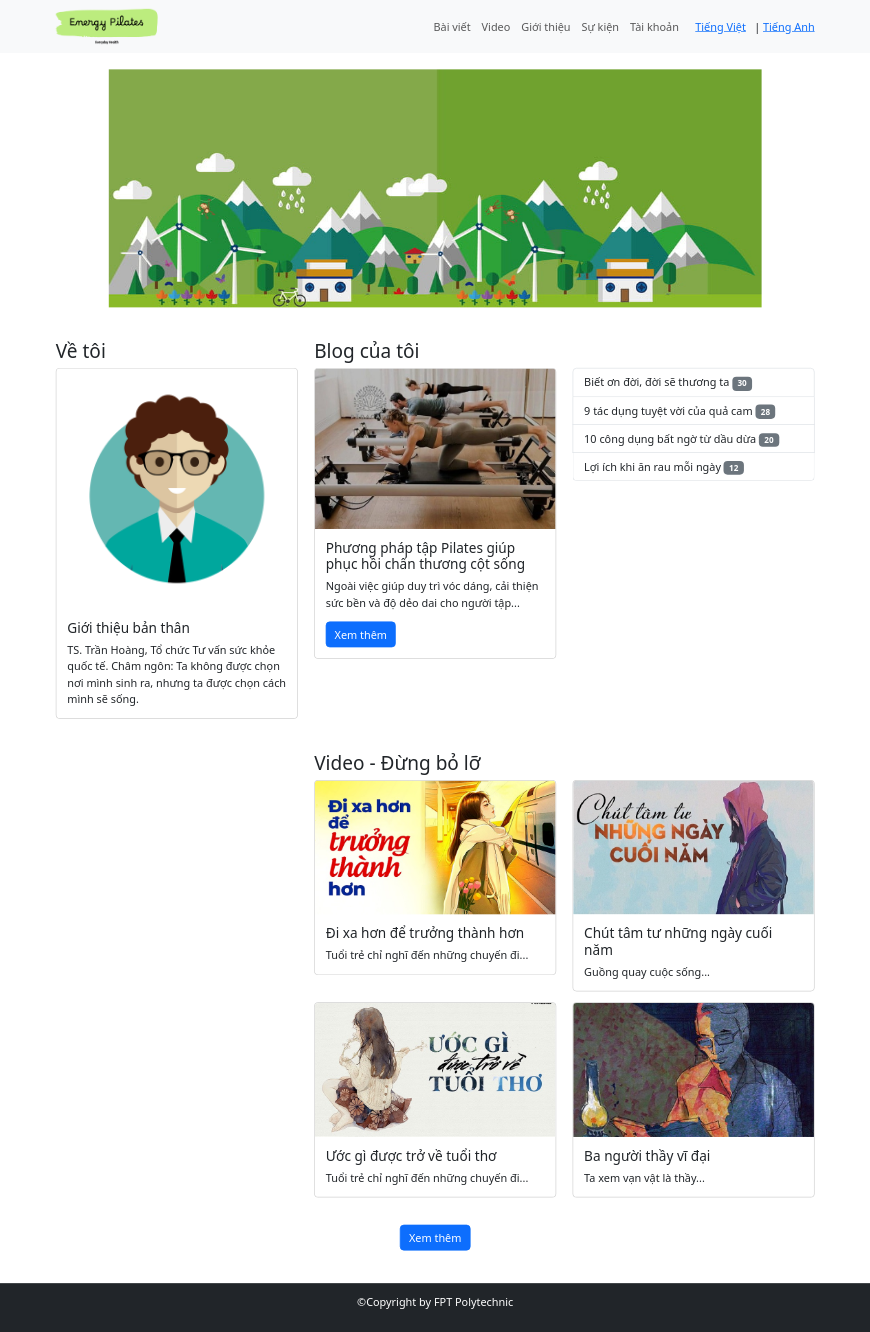
Repository: KizukoHeiwa/SOF308
Page: Lab3/index.html
These files come from the project's save history. The page is drawn as it stood at one moment and after the next save; the edit follows.
The browser window is 1280 px wide. The pictures show the whole page, at 68% of full size.

Above is the page before, as saved 2024-11-07 11:17:24.

After the next save:
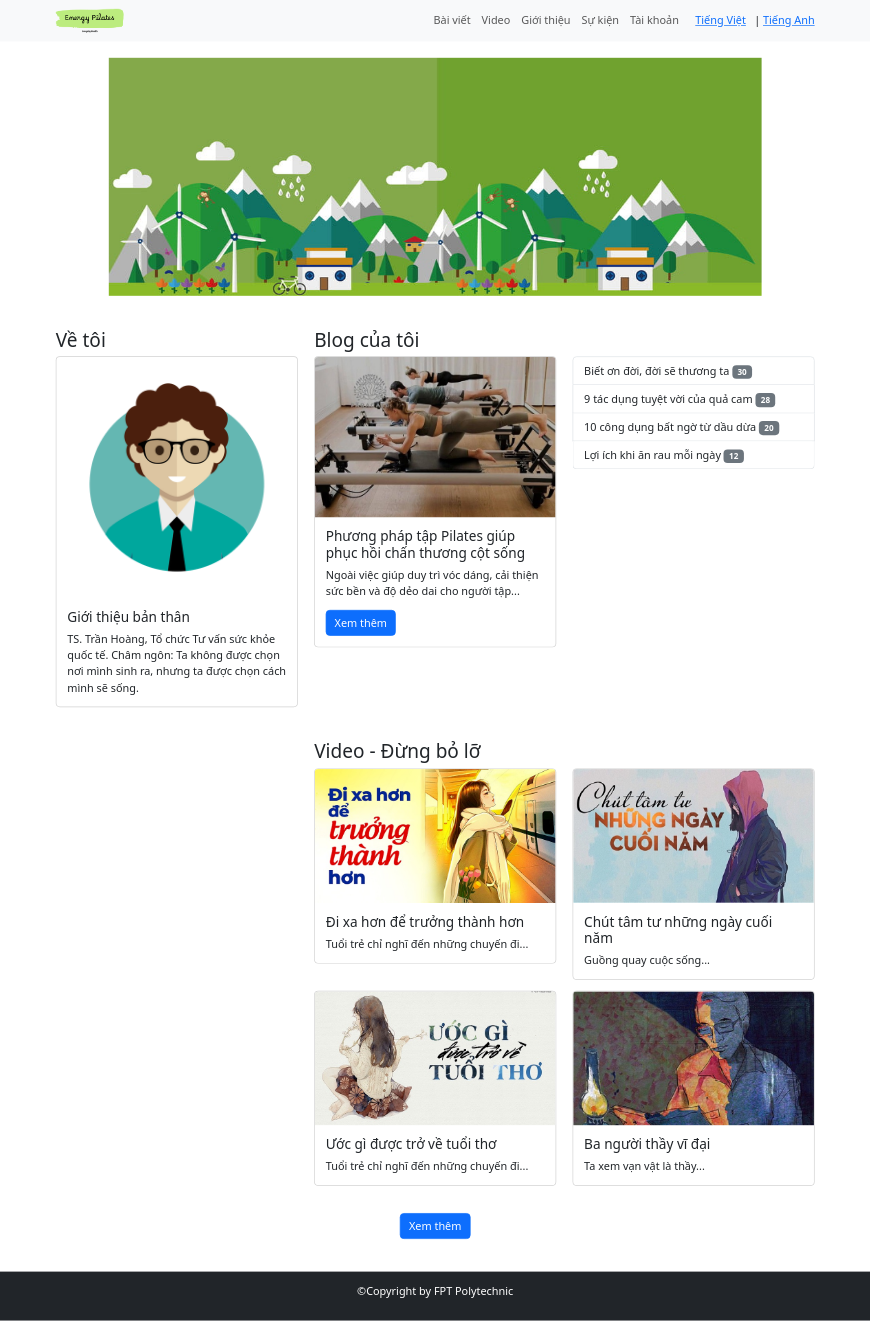
Saved 15 s later.
--- a/Lab3/index.html
+++ b/Lab3/index.html
@@ -13,7 +13,7 @@
     <!-- Navbar -->
     <nav class="navbar navbar-expand-lg navbar-light bg-light">
       <div class="container">
-        <a class="navbar-brand" href="#"><img src="images/logo-energy-pilates.png" alt="logo" width="150px"></a>
+        <a class="navbar-brand" href="#"><img src="images/logo-energy-pilates.png" alt="logo" width="100px"></a>
         <button class="navbar-toggler" type="button" data-bs-toggle="collapse" data-bs-target="#navbarNav" aria-controls="navbarNav" aria-expanded="false" aria-label="Toggle navigation">
           <span class="navbar-toggler-icon"></span>
         </button>

After the 3 saves that followed:
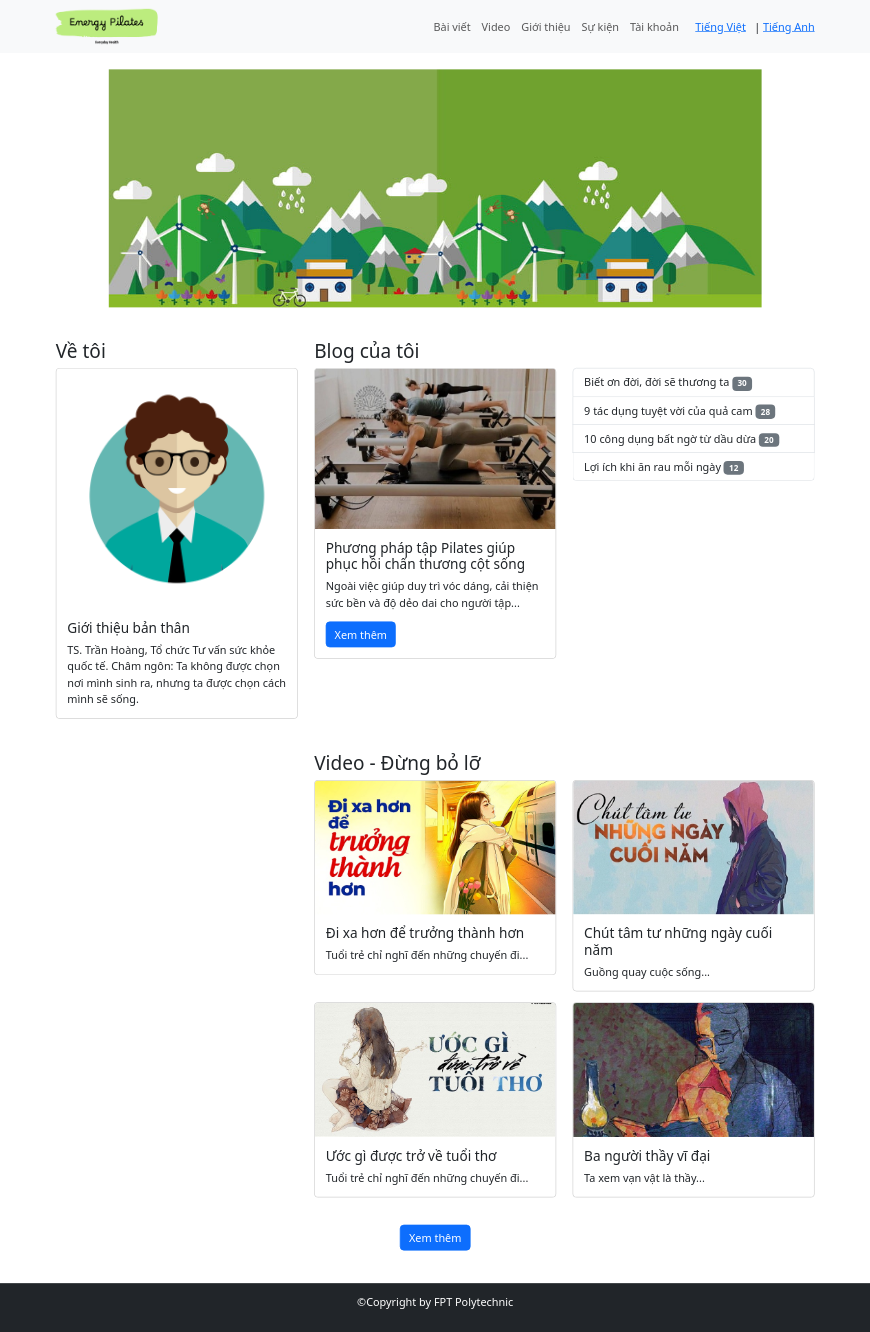
The 3 saves are shown as one change because they came seconds apart.
The last was saved 10 s later.
--- a/Lab3/index.html
+++ b/Lab3/index.html
@@ -13,7 +13,7 @@
     <!-- Navbar -->
     <nav class="navbar navbar-expand-lg navbar-light bg-light">
       <div class="container">
-        <a class="navbar-brand" href="#"><img src="images/logo-energy-pilates.png" alt="logo" width="100px"></a>
+        <a class="navbar-brand" href="#"><img src="images/logo-energy-pilates.png" alt="logo" width="150px"></a>
         <button class="navbar-toggler" type="button" data-bs-toggle="collapse" data-bs-target="#navbarNav" aria-controls="navbarNav" aria-expanded="false" aria-label="Toggle navigation">
           <span class="navbar-toggler-icon"></span>
         </button>
